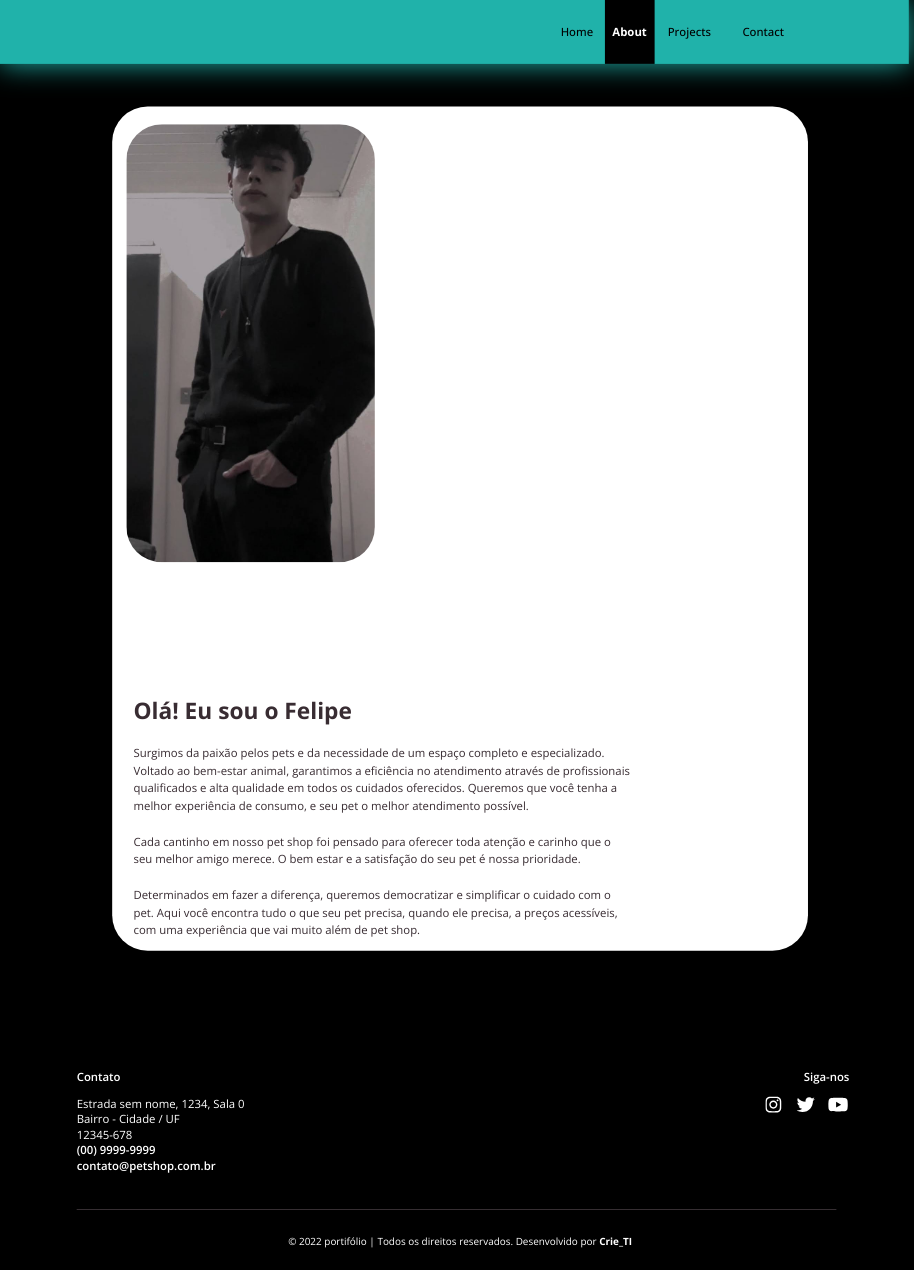
Repository: Fel1pit0/CRIE_TI
Page: Projetos/Portifólio/about.html
An editor plug-in stored every save of this project. The page is shown before and after the next save, followed by the edit.
The browser window is 1280 px wide. The page is 1288 px wide, so the pictures cover 1288 px, including what lies to the right of the window. The pictures show the whole page, at 71% of full size.

Above is the page before, as saved 2022-05-25 15:28:45.

### Projetos/Portifólio/about.html
<!DOCTYPE html>
<html lang="en">
<head>
    <meta charset="UTF-8">
    <meta http-equiv="X-UA-Compatible" content="IE=edge">
    <meta name="viewport" content="width=device-width, initial-scale=1.0">
    <title>Portifólio</title>
    <link rel="stylesheet" href="styles.css">
    <link rel="preconnect" href="https://fonts.googleapis.com">
    <link rel="preconnect" href="https://fonts.gstatic.com" crossorigin>
    <link href="https://fonts.googleapis.com/css2?family=Roboto+Mono:wght@100&display=swap" rel="stylesheet">
</head>
<body class="banner">
    <header>
        <a href="index.html"></a>
        <nav class="pages">
          <div class="home-page"><a href="index.html">Home</a></div>
          <div class="about-page" style="background-color: black; color: #fff; font-weight: bold;"><a href="about.html">About</a></div>
          <div class="services-page"><a href="services.html">Projects</a></div>
          <div class="contact-page"><a href="contact.html">Contact</a></div>
        </nav>
    </header>

    <section id="about">
        <div>
          <img class="image-about" src="imagens/eu.jpeg" alt="minha-foto">
          <div class="desc-about">
            <h2>Olá! Eu sou o Felipe</h2>
            <p>Surgimos da paixão pelos pets e da necessidade de um espaço completo e especializado.<br/>
              Voltado ao bem-estar animal, garantimos a eficiência no atendimento através de profissionais qualificados e alta qualidade em todos os cuidados oferecidos. Queremos que você tenha a melhor experiência de consumo, e seu pet o melhor atendimento possível.<br/>
              <br>
              Cada cantinho em nosso pet shop foi pensado para oferecer toda atenção e carinho que o seu melhor amigo merece. O bem estar e a satisfação do seu pet é nossa prioridade.<br/>
              <br/>
              Determinados em fazer a diferença, queremos democratizar e simplificar o cuidado com o pet. Aqui você encontra tudo o que seu pet precisa, quando ele precisa, a preços acessíveis, com uma experiência que vai muito além de pet shop.
            </p>
          </div>
        </div>
    </section>

      <footer>
          <div class="row-foot">
            <div class="contact-foot">
              <p>Contato</p>
                <div class="desc-contact">
                    <span>
                    Estrada sem nome, 1234, Sala 0<br/>
                    Bairro - Cidade / UF<br/>
                    12345-678<br/>
                    </span>
                    <a href="tel:+550099999999">(00) 9999-9999</a><br/>
                    <a href="mailto:contato@petshop.com.br">contato@petshop.com.br</a><br/>
                </div>
            </div>
            <div class="time-foot">
            </div>
            <div class="follow-foot">
              <p>Siga-nos</p>
                <div class="desc-follow">
                    <div class="social-icons">
                        <div class="ico-social"><a href="https://www.instagram.com/"><svg xmlns="http://www.w3.org/2000/svg" viewBox="0 0 600 512"><!--! Font Awesome Pro 6.1.1 by @fontawesome - https://fontawesome.com License - https://fontawesome.com/license (Commercial License) Copyright 2022 Fonticons, Inc. --><path d="M224.1 141c-63.6 0-114.9 51.3-114.9 114.9s51.3 114.9 114.9 114.9S339 319.5 339 255.9 287.7 141 224.1 141zm0 189.6c-41.1 0-74.7-33.5-74.7-74.7s33.5-74.7 74.7-74.7 74.7 33.5 74.7 74.7-33.6 74.7-74.7 74.7zm146.4-194.3c0 14.9-12 26.8-26.8 26.8-14.9 0-26.8-12-26.8-26.8s12-26.8 26.8-26.8 26.8 12 26.8 26.8zm76.1 27.2c-1.7-35.9-9.9-67.7-36.2-93.9-26.2-26.2-58-34.4-93.9-36.2-37-2.1-147.9-2.1-184.9 0-35.8 1.7-67.6 9.9-93.9 36.1s-34.4 58-36.2 93.9c-2.1 37-2.1 147.9 0 184.9 1.7 35.9 9.9 67.7 36.2 93.9s58 34.4 93.9 36.2c37 2.1 147.9 2.1 184.9 0 35.9-1.7 67.7-9.9 93.9-36.2 26.2-26.2 34.4-58 36.2-93.9 2.1-37 2.1-147.8 0-184.8zM398.8 388c-7.8 19.6-22.9 34.7-42.6 42.6-29.5 11.7-99.5 9-132.1 9s-102.7 2.6-132.1-9c-19.6-7.8-34.7-22.9-42.6-42.6-11.7-29.5-9-99.5-9-132.1s-2.6-102.7 9-132.1c7.8-19.6 22.9-34.7 42.6-42.6 29.5-11.7 99.5-9 132.1-9s102.7-2.6 132.1 9c19.6 7.8 34.7 22.9 42.6 42.6 11.7 29.5 9 99.5 9 132.1s2.7 102.7-9 132.1z"/></svg></a></div>
                        <div class="ico-social"><a href="https://twitter.com/"><svg xmlns="http://www.w3.org/2000/svg" viewBox="0 0 600 512"><!--! Font Awesome Pro 6.1.1 by @fontawesome - https://fontawesome.com License - https://fontawesome.com/license (Commercial License) Copyright 2022 Fonticons, Inc. --><path d="M459.37 151.716c.325 4.548.325 9.097.325 13.645 0 138.72-105.583 298.558-298.558 298.558-59.452 0-114.68-17.219-161.137-47.106 8.447.974 16.568 1.299 25.34 1.299 49.055 0 94.213-16.568 130.274-44.832-46.132-.975-84.792-31.188-98.112-72.772 6.498.974 12.995 1.624 19.818 1.624 9.421 0 18.843-1.3 27.614-3.573-48.081-9.747-84.143-51.98-84.143-102.985v-1.299c13.969 7.797 30.214 12.67 47.431 13.319-28.264-18.843-46.781-51.005-46.781-87.391 0-19.492 5.197-37.36 14.294-52.954 51.655 63.675 129.3 105.258 216.365 109.807-1.624-7.797-2.599-15.918-2.599-24.04 0-57.828 46.782-104.934 104.934-104.934 30.213 0 57.502 12.67 76.67 33.137 23.715-4.548 46.456-13.32 66.599-25.34-7.798 24.366-24.366 44.833-46.132 57.827 21.117-2.273 41.584-8.122 60.426-16.243-14.292 20.791-32.161 39.308-52.628 54.253z"/></svg></a></div>
                        <div class="ico-social"><a href="https://www.youtube.com/"><svg xmlns="http://www.w3.org/2000/svg" viewBox="0 0 600 512"><!--! Font Awesome Pro 6.1.1 by @fontawesome - https://fontawesome.com License - https://fontawesome.com/license (Commercial License) Copyright 2022 Fonticons, Inc. --><path d="M549.655 124.083c-6.281-23.65-24.787-42.276-48.284-48.597C458.781 64 288 64 288 64S117.22 64 74.629 75.486c-23.497 6.322-42.003 24.947-48.284 48.597-11.412 42.867-11.412 132.305-11.412 132.305s0 89.438 11.412 132.305c6.281 23.65 24.787 41.5 48.284 47.821C117.22 448 288 448 288 448s170.78 0 213.371-11.486c23.497-6.321 42.003-24.171 48.284-47.821 11.412-42.867 11.412-132.305 11.412-132.305s0-89.438-11.412-132.305zm-317.51 213.508V175.185l142.739 81.205-142.739 81.201z"/></svg></a></div>
                    </div>
                </div>
            </div>
          <div class="line-foot"></div>
          <div class="copy"><span>© 2022 portifólio | Todos os direitos reservados. Desenvolvido por <b>Crie_TI</b></span></div>
      </footer>
</body>
</html>

### Projetos/Portifólio/styles.css
@import url('https://fonts.googleapis.com/css2?family=Open+Sans:ital,wght@0,300;0,400;0,500;0,600;0,700;0,800;1,300;1,400;1,500;1,600;1,700;1,800&display=swap');
body{
  font-family: 'Open Sans', sans-serif;
  background-color: black;
}
header {
  background-color: #20B2AA;
  display: flex;
  align-items: center;
  position: fixed;
  padding: 0 50px;
  top: 0;
  left: 0px;
  right: 0px;
  height: 90px;
  box-shadow: 0 0 40px #20b2aa;
  z-index: 2;
}
.home-page, .about-page{
  display: inline-block;
  text-align: center;
  height: 90px;
  width: 70px;
}
.products-page, .services-page{
  display: inline-block;
  text-align: center;
  height: 90px;
  width: 90px;
}
.contact-page {
  display: inline-block;
  text-align: center;
  height: 90px;
  width: 110px;
}
.home-page a, .about-page a, .products-page a, .services-page a, .contact-page a{
  margin-top: 34px;
  margin-bottom: auto;
}
.pages {
  width: auto;
  font-weight: 450;
  justify-content: space-between;
  margin-left: auto;
  margin-right: 100px;
}
.pages a{
  color: inherit;
  text-decoration: none;
  display: inline-block;
}
.pages a:hover{
  color: #ff0077;
}
.banner {
  width: 100%;
  height: 600px;
  margin-top: 80px;
  object-fit: cover;
}
footer{
  background-color: black;
  color: #fff;
  width: 100%;
  height: 300px;
}
.row-foot{
  display: inline-block;
  width: 100%;
}
.contact-foot{
  display: inline-block;
  width: 330px;
  margin-left: 100px;
}
.contact-foot p{
  font-weight: 600;
  font-size: 16px;
}
.contact-foot a{
  color: inherit;
  text-decoration: none;
  font-weight: 600;
}
.desc-contact span{
  font-weight: lighter;
  width: 250px;
}
.time-foot{
  vertical-align: top;
  display: inline-block;
  width: 400px;
  text-align: center;
  font-weight: 600;
  font-size: 16px;
}
.desc-time span{
  margin-bottom: 0;
  font-weight: 100;
  width: 400px;
}
.follow-foot{
  vertical-align: top;
  display: inline-block;
  width: 300px;
  height: 20px;
  margin-left: 50px;
  text-align: right;
  font-weight: 600;
}
.ico-social{
  display: inline-block;
  margin: 0 0 0 10px;
  height: 30px;
  width: 30px;
}
.ico-social a{
  display: inline-block;
  width: 30px;
  vertical-align: top;
  margin: 0 0 30px;
  fill: #fff;
}
.ico-social:hover{
  transform: matrix3d(1.2,-0.26,0.00,0,0.26,1.164,0.00,0,0,0,1,0,0,0,0,1);
  transform-origin: center center 0px;
  transition: all 0.5s ease 0s;
  -webkit-transform-origin: center center 0px;
  -webkit-transition: all 0.5s ease 0s;
}
.line-foot{
  background-color: #ffd8ea;
  opacity: 30%;
  margin: 50px 110px 0 100px;
  width: auto;
  height: 1px;
}
.copy{
  margin-top: 35px;
  font-weight:lighter;
  font-size: 14px;
  text-align: center;
}
#about{
  margin-bottom: 5em;
  background-color: white;
  margin: 150px;
  border-radius: 50px;
}
.image-about{
  display: inline-block;
  width: 350px;
  height: auto;
  margin: 25px 20px;
  border-radius: 50px;
}
.desc-about{
  display: inline-block;
  margin: 130px 0 0 30px;
  width: 700px;
  vertical-align: top;
}
.desc-about h2{
  color: #382c32;
  font-size: 32px;
}
.desc-about p{
  color: #382c32;
  font-size: 16px;
  font-weight: lighter;
  line-height: 25px;
}
.contact-button{
  width: 10em;
  background-color: #ff0077;
  color: #fff;
  font-size: 16px;
  font-weight: 600;
  height: 2em;
  margin-top: 2em;
  border: 1px solid #f07;
  border-radius: 10px;
  display: flex;
  justify-content: center;
  align-items: center;
}
.contact-button a{
  color: inherit;
  text-decoration: none;
  width: 10em;
  text-align: center;
}
.contact-button:hover{
  transform: scale(1.03);
  transform-origin: center center 0px;
  transition: all 0.5s ease 0s;
  -webkit-transform-origin: center center 0px;
  -webkit-transition: all 0.5s ease 0s;
}
.products-title{
  font-size: 32px;
  text-align: left;
  margin-top: 150px;
  margin-left: 100px;
  color: #1A2138;
}
#services{
  margin-top: 90px;
}
#products{
  margin-bottom: 5em;
}
.shower{
  background-image: url(Imagens/Serviços/bath-and-groom.jpg);
  height: 350px;
  background-size: 500px 350px;
  background-position: left;
  background-repeat: no-repeat;
}
.desc-shower{
  display: inline-block;
  width: 600px;
  vertical-align: top;
  margin: 0 0 0 550px;
}
.desc-shower h3{
  color: #f07;
  font-size: 24px;
  font-weight: 400
}
.desc-shower span{
  color: #382c32;
  font-size: 18px;
  font-weight: 400;
  line-height: 25px;
}
.desc-shower p{
  color: #382c32;
  opacity: 80%;
  font-size: 16px;
  font-weight: 400;
  line-height: 25px;
}
.medic{
  background-color: #f07;
  background-image: url(Imagens/Serviços/medical-center.jpg);
  height: 350px;
  background-size: 500px 350px;
  background-position: right;
  background-repeat: no-repeat;
}
.desc-medic{
  display: inline-block;
  width: 650px;
  vertical-align: top;
  margin: 10px 0 0 100px;
  text-align: right;
}
.desc-medic h3{
  color: #fff;
  font-size: 24px;
  font-weight: 400
}
.desc-medic span{
  color: #fff;
  font-size: 18px;
  font-weight: 500;
  line-height: 30px;
}
.desc-medic p{
  color: #fff;
  opacity: 80%;
  font-size: 16px;
  font-weight: 100;
  line-height: 30px;
}
.drug{
  background-color: #07f;
  background-image: url(Imagens/Serviços/drugstore.jpg);
  height: 350px;
  background-size: 500px 350px;
  background-position: left;
  background-repeat: no-repeat;
}
.desc-drug{
  display: inline-block;
  width: 600px;
  vertical-align: top;
  margin: 30px 0 0 550px;
}
.desc-drug h3{
  color: #fff;
  font-size: 24px;
  font-weight: 400
}
.desc-drug span{
  color: #fff;
  font-size: 18px;
  font-weight: 400;
  line-height: 25px;
}
.desc-drug p{
  color: #fff;
  opacity: 80%;
  font-size: 16px;
  font-weight: 400;
  line-height: 25px;
}
.delivery{
  background-color: #FF320D;
  background-image: url(Imagens/Serviços/delivery.jpg);
  height: 350px;
  background-size: 500px 700px;
  background-position: right;
  background-repeat: no-repeat;
}
.desc-delivery{
  display: inline-block;
  width: 650px;
  vertical-align: top;
  margin: 50px 0 0 100px;
  text-align: right;
}
.desc-delivery h3{
  color: #fff;
  font-size: 24px;
  font-weight: 400
}
.desc-delivery span{
  color: #fff;
  font-size: 18px;
  font-weight: 500;
  line-height: 30px;
}
.desc-delivery p{
  color: #fff;
  opacity: 80%;
  font-size: 16px;
  font-weight: 100;
  line-height: 30px;
}
.pick{
  background-color: #C10DFF;
  background-image: url(Imagens/Serviços/pick-up.jpg);
  height: 350px;
  background-size: 500px 350px;
  background-position: left;
  background-repeat: no-repeat;
}
.desc-pick{
  display: inline-block;
  width: 600px;
  vertical-align: top;
  margin: 50px 0 0 550px;
}
.desc-pick h3{
  color: #fff;
  font-size: 24px;
  font-weight: 400
}
.desc-pick span{
  color: #fff;
  font-size: 18px;
  font-weight: 400;
  line-height: 25px;
}
.desc-pick p{
  color: #fff;
  opacity: 80%;
  font-size: 16px;
  font-weight: 400;
  line-height: 25px;
}
.care{
  background-color: #6cf515;
  background-image: url(Imagens/Serviços/daycare.jpg);
  height: 350px;
  background-size: 500px 350px;
  background-position: right;
  background-repeat: no-repeat;
}
.desc-care{
  display: inline-block;
  width: 650px;
  vertical-align: top;
  margin: 30px 0 0 100px;
  text-align: right;
}
.desc-care h3{
  color: #fff;
  font-size: 24px;
  font-weight: 400
}
.desc-care span{
  color: #fff;
  font-size: 18px;
  font-weight: 500;
  line-height: 30px;
}
.desc-care p{
  color: #fff;
  opacity: 80%;
  font-size: 16px;
  font-weight: 100;
  line-height: 30px;
}
.hotel{
  background-color: #353535;
  height: 350px;
}
.hotel-img{
  width: 500px;
  height: 350px;

}
.desc-hotel{
  display: inline-block;
  width: 650px;
  vertical-align: top;
  margin: 50px 0 0 50px;
}
.desc-hotel h3{
  color: #fff;
  font-size: 24px;
  font-weight: 400
}
.desc-hotel span{
  color: #fff;
  font-size: 18px;
  font-weight: 400;
  line-height: 25px;
}
.desc-hotel p{
  color: #fff;
  opacity: 80%;
  font-size: 16px;
  font-weight: 300;
  line-height: 25px;
  width: 600px;
}
#talk{
  margin-bottom: 5em;
  width: 100%;
}
.inputs{
  display: inline-block;
  margin-left: 100px;
  width: 50%;
}
.input-name{
  color: #858585;
  font-size: 14px;
}
.form-item{
  width: 100%;
  min-height: 35px;
  margin-bottom: 20px;
  border: 1px solid #858585;
  border-radius: 5px;
  box-sizing: border-box;
  background-color: #fff;
  font-size: 16px;
}
.send-button{
  width: 7em;
  background-color: #ff0077;
  color: #fff;
  font-size: 16px;
  font-weight: 600;
  height: 40px;
  border: 1px solid #f07;
  border-radius: 10px;
  justify-content: center;
  align-items: center;
}
.send-button a{
  color: inherit;
  text-decoration: none;
  width: 10em;
  text-align: center;
}
.send-button:hover{
  transform: scale(1.03);
  transform-origin: center center 0px;
  transition: all 0.5s ease 0s;
  -webkit-transform-origin: center center 0px;
  -webkit-transition: all 0.5s ease 0s;
}
.infos{
  width: 450px;
  display: inline-block;
  margin-left: 30px;
}
.info-item{
  font-size: 13px;
  font-weight: 600;
  color: #858585;
  margin-bottom: 0px;
}
.infos a{
  color: #f07;
  text-decoration: none;
  font-size: 16px;
  font-weight: 600;
}

After the next save:
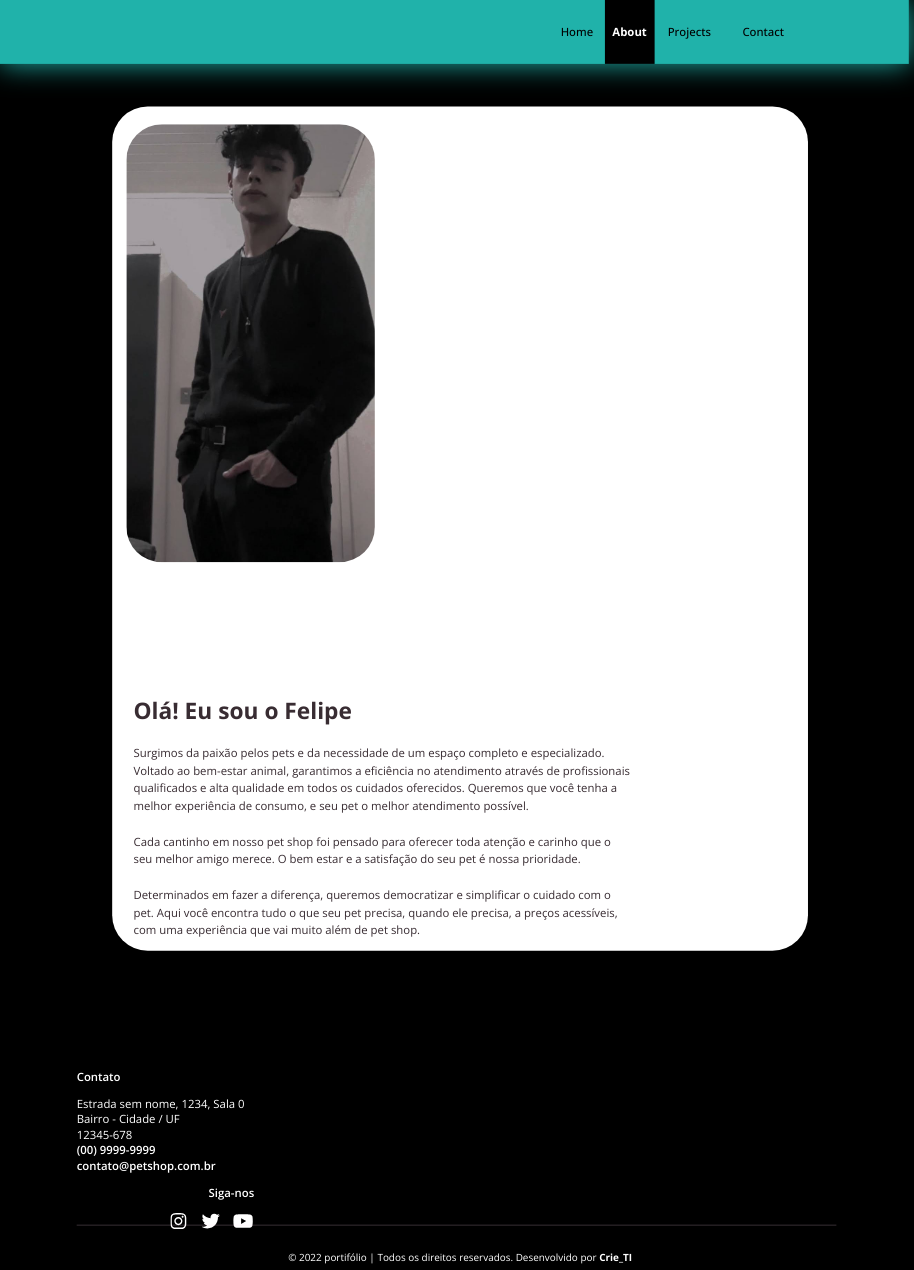
Saved 25 s later.
--- a/Projetos/Portifólio/styles.css
+++ b/Projetos/Portifólio/styles.css
@@ -87,14 +87,6 @@ footer{
   font-weight: lighter;
   width: 250px;
 }
-.time-foot{
-  vertical-align: top;
-  display: inline-block;
-  width: 400px;
-  text-align: center;
-  font-weight: 600;
-  font-size: 16px;
-}
 .desc-time span{
   margin-bottom: 0;
   font-weight: 100;
